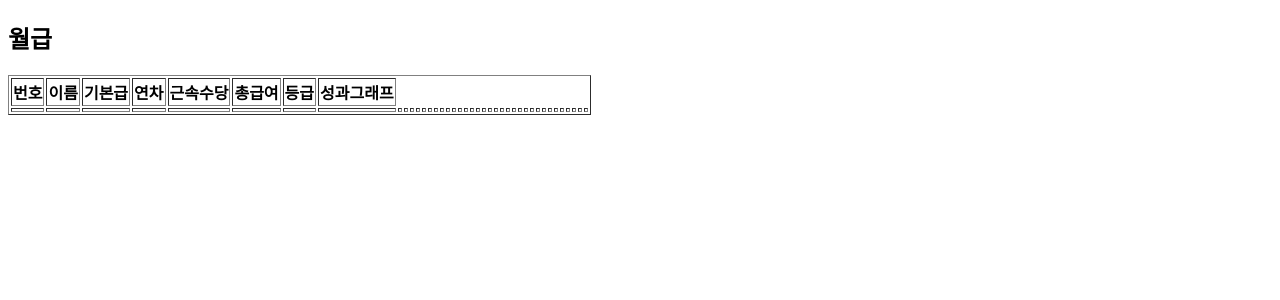
Repository: kkj68106810-dot/jsp2026
Page: http://localhost/chapter01/example_salary.jsp
The author's editor kept a copy of each file at every save. The page is drawn from the files as they stood at one save, then again after the next save.
The browser window is 1280 px wide. The pictures show the whole page.
The page is served by Tomcat 9.

Above is the page before, as saved 2026-10-16 07:09:33.

### chapter01/src/main/webapp/example_salary.jsp
<%@ page language="java" contentType="text/html; charset=UTF-8"
    pageEncoding="UTF-8" import="java.util.*" %>
<!DOCTYPE html>
<html>
<head>
<meta charset="UTF-8">
<title>Insert title here</title>
</head>
<body>
	<%!
		String[] names = {"송중기", "전지현", "손흥민", "김연아", "유재석"};
		int[] basePays = {350, 420, 280, 450, 310};
		int[] years = {5, 8, 2, 10, 4};

		public int getBonus(int year) {
			int bonus;
			if(year >= 7){
				bonus = 100;
			} else if (year >= 4){
				bonus = 70;
			} else {
				bonus = 40;
			}

			return bonus;
		}

		public int getTotalPay(int basePay, int bonus) {
			int totalPay = basePay + bonus;
			return totalPay;
		}

		public String getGrade(int totalPay) {
			String returnGrade = "";
			if(totalPay >= 500) {
				returnGrade = "S";
			} else if (totalPay >=400) {
				returnGrade = "A";
			} else if (totalPay >=300) {
				returnGrade = "B";
			} else if (totalPay <300) {
				returnGrade = "C";
			}
			return returnGrade;
		}

	%>

	<h2>월급</h2>
	<table border="1">
		<tr>
			<th>번호</th>
			<th>이름</th>
			<th>기본급</th>
			<th>연차</th>
			<th>근속수당</th>
			<th>총급여</th>
			<th>등급</th>
			<th>성과그래프</th>
		</tr>
		<%

		%>
		<tr>
		<% for(int i = 0; i < names.length; i++) { %>

			<td>

			</td>
			<td>

			</td>
			<td>

			</td>
			<td>

			</td>
			<td>

			</td>
			<td>

			</td>
			<td>

			</td>
			<td>

			</td>

		<% } %>
		</tr>

	</table>
</body>
</html>

After the next save:
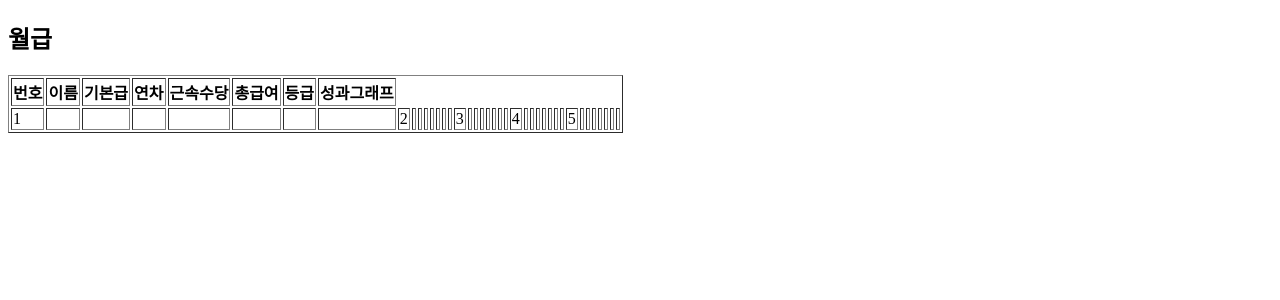
Saved 28 s later.
--- a/chapter01/src/main/webapp/example_salary.jsp
+++ b/chapter01/src/main/webapp/example_salary.jsp
@@ -62,10 +62,10 @@
 
 		%>
 		<tr>
-		<% for(int i = 0; i < names.length; i++) { %>
+		<% for(int i = 1; i <= names.length; i++) { %>
 
 			<td>
-
+				<%=i%>
 			</td>
 			<td>
 
